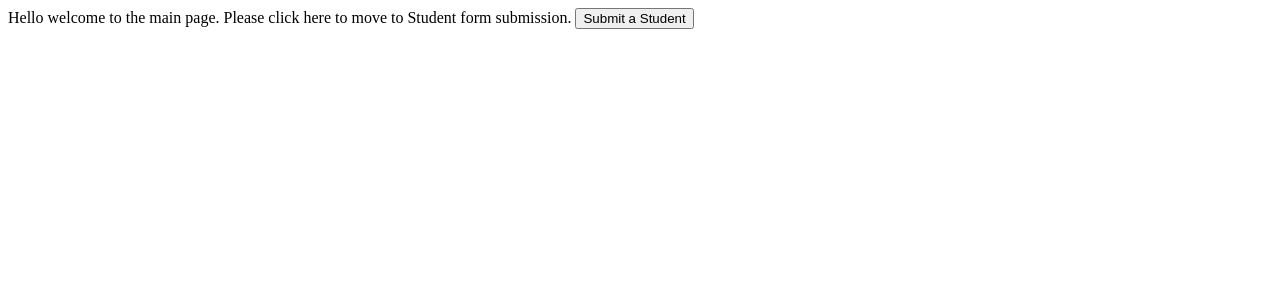
Repository: mdmyr/SpringFrameWorkout
Page: http://localhost/Spring-mvc-FormTag/WEB-INF/view/Welcome.jsp
The author's editor kept a copy of each file at every save. The page is drawn from the files as they stood at one save, then again after the next save.
The browser window is 1280 px wide. The pictures show the whole page.
The page is served by Tomcat 9. Nobody is signed in. Other server files are loaded and not shown. The template is opened directly, without the code that normally fills it, so the values that code supplies are empty.

Above is the page before, as saved 2020-12-07 03:46:53.

### Spring-mvc-FormTag/WebContent/WEB-INF/view/Welcome.jsp
<%@ page language="java" contentType="text/html; charset=ISO-8859-1"
    pageEncoding="ISO-8859-1"%>
<!DOCTYPE html>
<html>
<head>
<meta charset="ISO-8859-1">
<title>Insert title here</title>
</head>
<body>
Hello welcome to the main page.
Please click here to move to Student form submission.
<input type="button" value="Submit a Student">

</body>
</html>

After the next save:
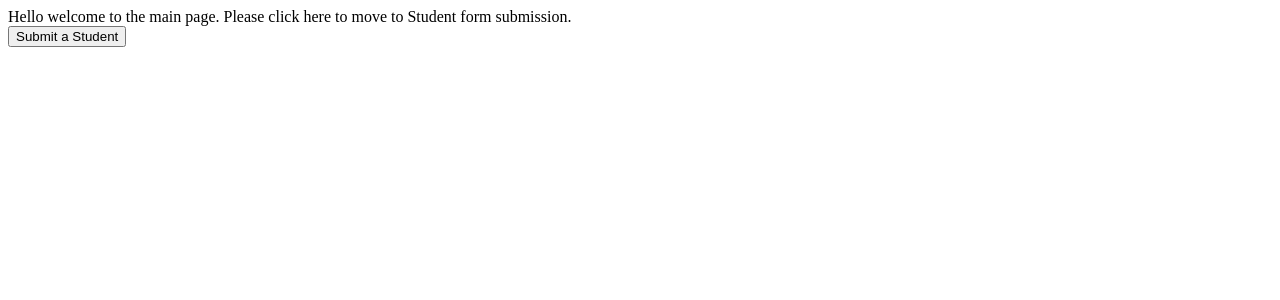
Saved 75 s later.
--- a/Spring-mvc-FormTag/WebContent/WEB-INF/view/Welcome.jsp
+++ b/Spring-mvc-FormTag/WebContent/WEB-INF/view/Welcome.jsp
@@ -9,7 +9,15 @@
 <body>
 Hello welcome to the main page.
 Please click here to move to Student form submission.
+
+<a>
+<form>
 <input type="button" value="Submit a Student">
+</form>
+
+
+</a>
+
 
 </body>
 </html>
